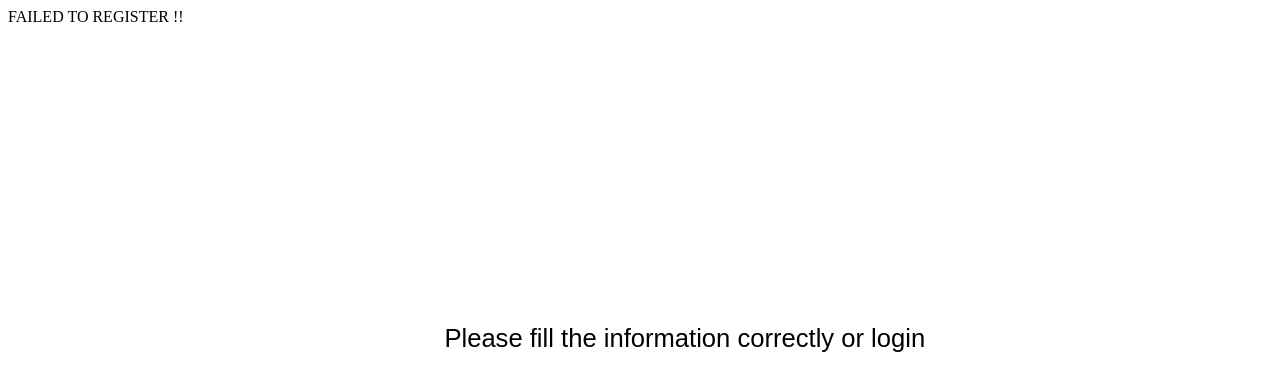
Repository: anujs099/bankingapp
Page: banking-application-final/WebContent/FaliureRegister.html
These files come from the project's save history. The page is drawn as it stood at one moment and after the next save; the edit follows.
The browser window is 1280 px wide. The pictures show the whole page.

Above is the page before, as saved 2021-03-07 15:33:54.

### banking-application-final/WebContent/FaliureRegister.html
<!DOCTYPE html>
<html>
<head>
<meta charset="ISO-8859-1">
<title>Insert title here</title>
<link rel="stylesheet" href="error.css">
</head>
<body>
FAILED TO REGISTER !!
<div class="message">
Please fill the information correctly or login</div>

</body>
</html>

### banking-application-final/WebContent/error.css
@charset "ISO-8859-1";

.main{

background-color:purple;
}

.message {
    text-align: center;
    font-family: 'Nunito Sans', sans-serif;
    font-size: 1.6rem;
    position:absolute;
    left: 16%;
    top: 45%;
    width: 75%;
  }

  .failure{
   text-align: center;
    font-family: 'Nunito Sans', sans-serif;
    font-size: 1.6rem;
    position:absolute;
  	left:16%;
  	top:30%;
  	width:75%;
  }

After the next save:
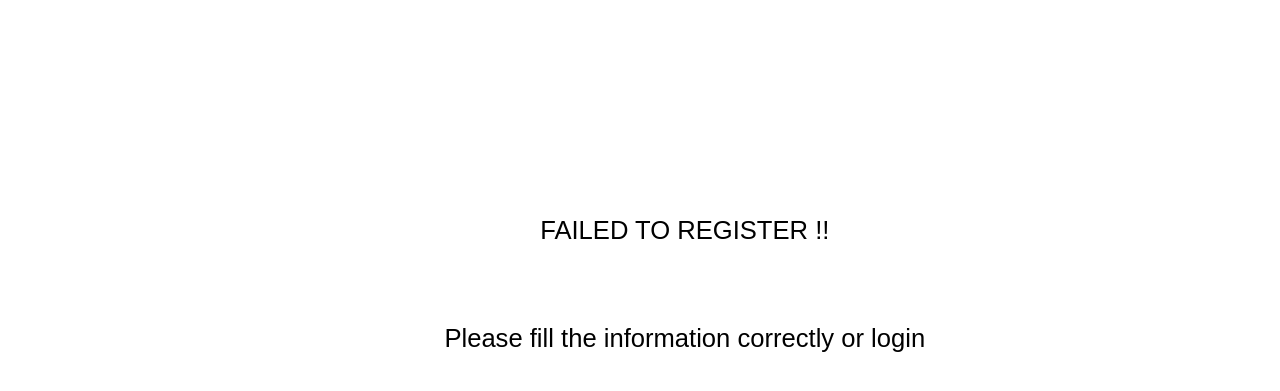
Saved 8 s later.
--- a/banking-application-final/WebContent/FaliureRegister.html
+++ b/banking-application-final/WebContent/FaliureRegister.html
@@ -6,7 +6,8 @@
 <link rel="stylesheet" href="error.css">
 </head>
 <body>
-FAILED TO REGISTER !!
+<div class="failure">FAILED TO REGISTER !!</div>
+
 <div class="message">
 Please fill the information correctly or login</div>
 
